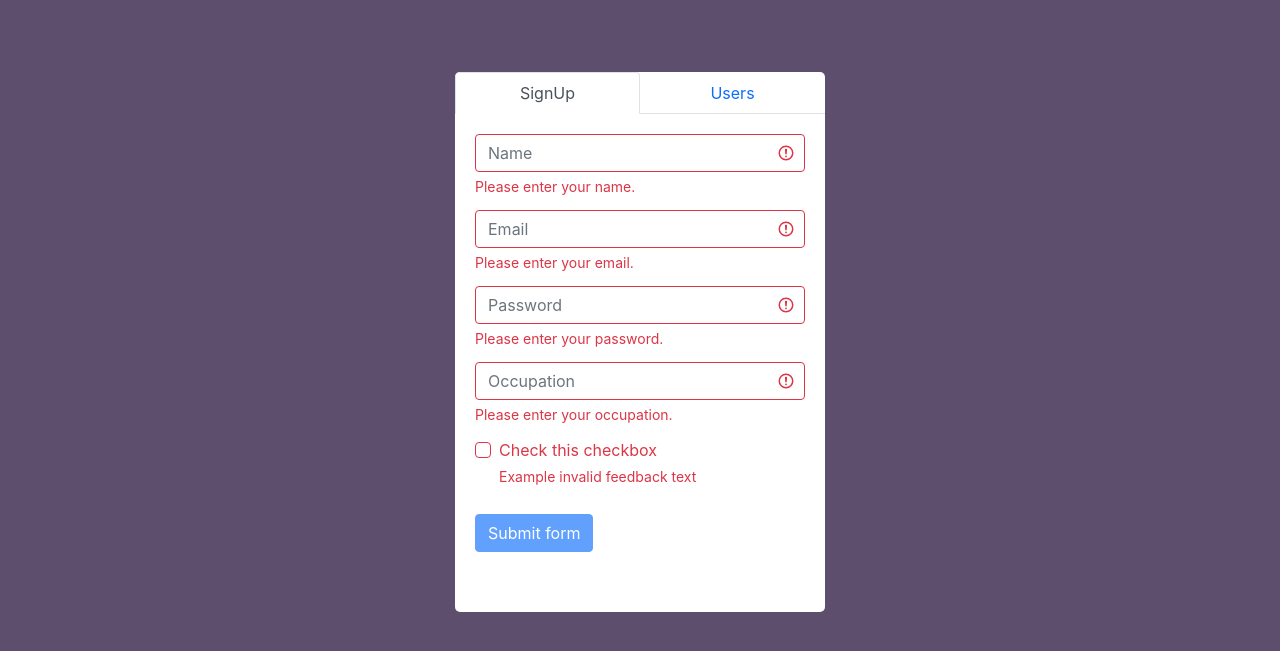
Repository: asadalibest1/SignUp-from
Page: /
An editor plug-in stored every save of this project. The page is shown before and after the next save, followed by the edit.
The browser window is 1280 px wide. The pictures show the whole page.
The project was rebuilt for these pictures with package versions that can differ from the ones it lists, and the page was loaded fresh each time. Also part of the build but not shown: src/components/Users/Users.css.

Above is the page before, as saved 2021-02-06 22:10:12.

After the next save:
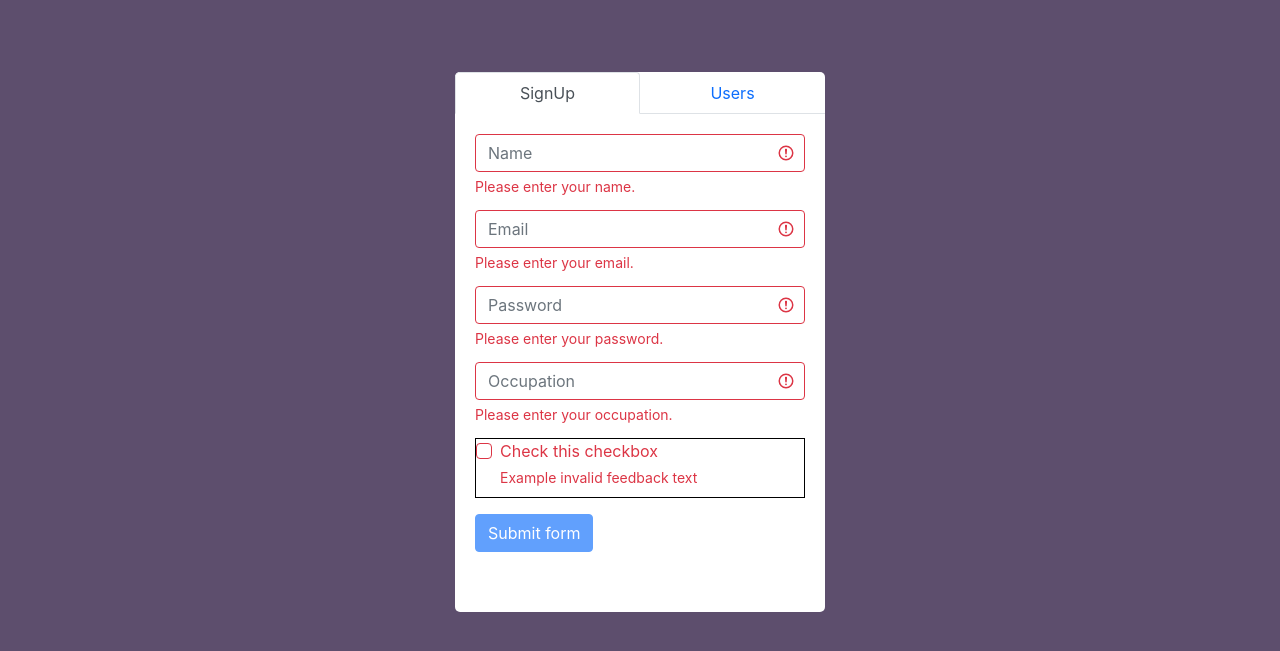
Saved 19 s later.
--- a/src/components/SignUp/SignUp.css
+++ b/src/components/SignUp/SignUp.css
@@ -7,6 +7,6 @@
     height: 60px;
 }
 
-.radioButton1{
+.radioButton{
     border: 1px solid black;
 }
